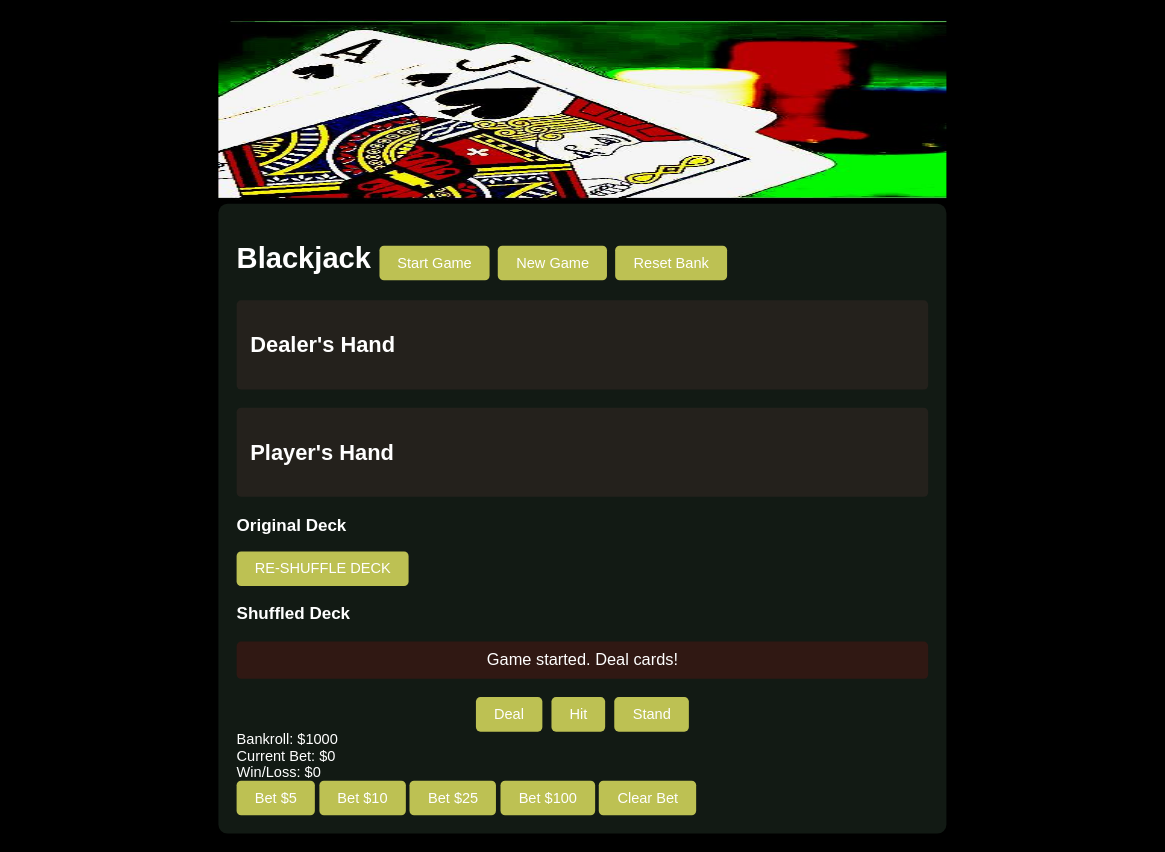
Repository: fahad7252/project-1-blackjack
Page: index.html
An editor plug-in stored every save of this project. The page is shown before and after the next save, followed by the edit.
The browser window is 1280 px wide. The pictures show the whole page, at 91% of full size.

Above is the page before, as saved 2024-12-02 16:43:53.
Console error: ReferenceError: handleDeal is not defined

### index.html
<!DOCTYPE html>
<html lang="en">
<head>
    <meta charset="UTF-8">
    <meta name="viewport" content="width=device-width, initial-scale=1.0">
    <title>Blackjack Game</title>
    <link rel="stylesheet" href="css/main.css" type="text/css">
    <link rel="stylesheet" href="css/cardstarter.css" type="text/css">
</head>
<body>
    <img src="blackjack.JPG"  class="landing-image">
    <div class="game-board">
        <h1>Blackjack <button id="start-button">Start Game</button>
             <button id="new-game-button">New Game</button>
             <button id="reset-bank-button">Reset Bank</button></h1>
         <div class="hand">
            <h2>Dealer's Hand</h2>
            <div id="dealer-hand"></div>
        </div>

        <div class="hand">
            <h2>Player's Hand</h2>
            <div id="player-hand"></div>
        </div>
        <h3>Original Deck</h3>
  <section id="original-deck-container" class="card-container"></section>
  <button>RE-SHUFFLE DECK</button>
  <h3>Shuffled Deck</h3>
  <section id="shuffled-deck-container" class="card-container">
  </section>
        <div id="message">Game started. Deal cards!</div>

        <div class="controls">
            <button id="deal-button">Deal</button>
            <button id="hit-button">Hit</button>
            <button id="stand-button">Stand</button>

        </div>
        <div class="bank-stats">
            <div>Bankroll: $<span id="bankroll">1000</span></div>
            <div>Current Bet: $<span id="current-bet">0</span></div>
            <div>Win/Loss: $<span id="win-loss">0</span></div>
        </div>

        <div class="betting-controls">
            <button id="bet-5">Bet $5</button>
            <button id="bet-10">Bet $10</button>
            <button id="bet-25">Bet $25</button>
            <button id="bet-100">Bet $100</button>
            <button id="clear-bet">Clear Bet</button>
        </div>
    </div>
    <div class="card09"></div>
    <script defer src="js/main.js"></script>
</body>
</html>

### css/main.css
body {
    font-family: Arial, sans-serif;
    max-width: 800px;
    margin: 0 auto;
    padding: 20px;
    background-color: #000000;
    color: white;
}
.landing-image { width: 100%;
     height: auto;
     max-height: 200px;
}
.game-board {
    background-color: #121a14;
    padding: 20px;
    border-radius: 10px;
    box-shadow: 0 0 10px rgba(0, 0, 0, 0.3);
    height: auto;
}
.hand {
    margin: 20px 0;
    padding: 15px;
    background-color: rgba(113, 62, 62, 0.2);
    border-radius: 5px;
}
.controls {
    display: flex;
    gap: 10px;
    justify-content: center;
    margin-top: 20px;
}
button {
    padding: 10px 20px;
    font-size: 16px;
    cursor: pointer;
    background-color: #bdc153;
    color: white;
    border: none;
    border-radius: 5px;
}
button:disabled {
    background-color: #cccccc;
    cursor: not-allowed;
}
#message {
    text-align: center;
    font-size: 18px;
    margin: 20px 0;
    padding: 10px;
    background-color: rgba(168, 17, 17, 0.2);
    border-radius: 5px;
}

### css/cardstarter.css
@charset "UTF-8";
.card {
  box-sizing: border-box;
  display: inline-block;
  margin: 5px 5px 50px 5px;
  cursor: pointer;
  /* Set the card's dimensions, and size it relative to
     it's font size. */
  font-size: inherit;
  width: 4.0em;
  height: 5.5em;
  /* Add a default background color and border. */
  background-color: #fff;
  border-radius: 0.20em;
  border: 1px solid #c3c3c3;
  /* Scale and set the background settings. */
  background-repeat: no-repeat;
  background-position: center center;
  background-size: contain;
  /* "Hide" any text within the element (use text to be
     simply compliant with screen readers, etc.). */
  text-indent: 100%;
  white-space: nowrap;
  overflow: hidden;
  /* Default sizes for cards (size based off the font). */
  /* Optional styles for cards: borderless and drop shadow. */
  /* Not a card, but a card-shaped outline to represent a
     droppable place, like an empty pile. */ }
  .card.small {
    font-size: 12px; }
  .card.large {
    font-size: 26px; }
  .card.xlarge {
    font-size: 42px; }
  .card.no-border {
    border: 0; }
  .card.shadow {
    box-shadow: 2px 2px 3px 0 rgba(41, 41, 41, 0.75); }
  .card.outline {
    background-image: none;
    background-color: rgba(195, 195, 195, 0.5);
    border: 0.15em dashed #daa520; }

.card.diamonds.A,
.card.dA,
.card.♦A {
  background-image: url("../images/diamonds/diamonds-A.svg"); }

.card.diamonds.K,
.card.dK,
.card.♦K {
  background-image: url("../images/diamonds/diamonds-K.svg"); }

.card.diamonds.Q,
.card.dQ,
.card.♦Q {
  background-image: url("../images/diamonds/diamonds-Q.svg"); }

.card.diamonds.J,
.card.dJ,
.card.♦J {
  background-image: url("../images/diamonds/diamonds-J.svg"); }

.card.diamonds.r10,
.card.d10,
.card.♦10 {
  background-image: url("../images/diamonds/diamonds-r10.svg"); }

.card.diamonds.r09,
.card.d09,
.card.♦09 {
  background-image: url("../images/diamonds/diamonds-r09.svg"); }

.card.diamonds.r08,
.card.d08,
.card.♦08 {
  background-image: url("../images/diamonds/diamonds-r08.svg"); }

.card.diamonds.r07,
.card.d07,
.card.♦07 {
  background-image: url("../images/diamonds/diamonds-r07.svg"); }

.card.diamonds.r06,
.card.d06,
.card.♦06 {
  background-image: url("../images/diamonds/diamonds-r06.svg"); }

.card.diamonds.r05,
.card.d05,
.card.♦05 {
  background-image: url("../images/diamonds/diamonds-r05.svg"); }

.card.diamonds.r04,
.card.d04,
.card.♦04 {
  background-image: url("../images/diamonds/diamonds-r04.svg"); }

.card.diamonds.r03,
.card.d03,
.card.♦03 {
  background-image: url("../images/diamonds/diamonds-r03.svg"); }

.card.diamonds.r02,
.card.d02,
.card.♦02 {
  background-image: url("../images/diamonds/diamonds-r02.svg"); }

.card.hearts.A,
.card.hA,
.card.♥A {
  background-image: url("../images/hearts/hearts-A.svg"); }

.card.hearts.K,
.card.hK,
.card.♥K {
  background-image: url("../images/hearts/hearts-K.svg"); }

.card.hearts.Q,
.card.hQ,
.card.♥Q {
  background-image: url("../images/hearts/hearts-Q.svg"); }

.card.hearts.J,
.card.hJ,
.card.♥J {
  background-image: url("../images/hearts/hearts-J.svg"); }

.card.hearts.r10,
.card.h10,
.card.♥10 {
  background-image: url("../images/hearts/hearts-r10.svg"); }

.card.hearts.r09,
.card.h09,
.card.♥09 {
  background-image: url("../images/hearts/hearts-r09.svg"); }

.card.hearts.r08,
.card.h08,
.card.♥08 {
  background-image: url("../images/hearts/hearts-r08.svg"); }

.card.hearts.r07,
.card.h07,
.card.♥07 {
  background-image: url("../images/hearts/hearts-r07.svg"); }

.card.hearts.r06,
.card.h06,
.card.♥06 {
  background-image: url("../images/hearts/hearts-r06.svg"); }

.card.hearts.r05,
.card.h05,
.card.♥05 {
  background-image: url("../images/hearts/hearts-r05.svg"); }

.card.hearts.r04,
.card.h04,
.card.♥04 {
  background-image: url("../images/hearts/hearts-r04.svg"); }

.card.hearts.r03,
.card.h03,
.card.♥03 {
  background-image: url("../images/hearts/hearts-r03.svg"); }

.card.hearts.r02,
.card.h02,
.card.♥02 {
  background-image: url("../images/hearts/hearts-r02.svg"); }

.card.spades.A,
.card.sA,
.card.♠A {
  background-image: url("../images/spades/spades-A.svg"); }

.card.spades.K,
.card.sK,
.card.♠K {
  background-image: url("../images/spades/spades-K.svg"); }

.card.spades.Q,
.card.sQ,
.card.♠Q {
  background-image: url("../images/spades/spades-Q.svg"); }

.card.spades.J,
.card.sJ,
.card.♠J {
  background-image: url("../images/spades/spades-J.svg"); }

.card.spades.r10,
.card.s10,
.card.♠10 {
  background-image: url("../images/spades/spades-r10.svg"); }

.card.spades.r09,
.card.s09,
.card.♠09 {
  background-image: url("../images/spades/spades-r09.svg"); }

.card.spades.r08,
.card.s08,
.card.♠08 {
  background-image: url("../images/spades/spades-r08.svg"); }

.card.spades.r07,
.card.s07,
.card.♠07 {
  background-image: url("../images/spades/spades-r07.svg"); }

.card.spades.r06,
.card.s06,
.card.♠06 {
  background-image: url("../images/spades/spades-r06.svg"); }

.card.spades.r05,
.card.s05,
.card.♠05 {
  background-image: url("../images/spades/spades-r05.svg"); }

.card.spades.r04,
.card.s04,
.card.♠04 {
  background-image: url("../images/spades/spades-r04.svg"); }

.card.spades.r03,
.card.s03,
.card.♠03 {
  background-image: url("../images/spades/spades-r03.svg"); }

.card.spades.r02,
.card.s02,
.card.♠02 {
  background-image: url("../images/spades/spades-r02.svg"); }

.card.clubs.A,
.card.cA,
.card.♣A {
  background-image: url("../images/clubs/clubs-A.svg"); }

.card.clubs.K,
.card.cK,
.card.♣K {
  background-image: url("../images/clubs/clubs-K.svg"); }

.card.clubs.Q,
.card.cQ,
.card.♣Q {
  background-image: url("../images/clubs/clubs-Q.svg"); }

.card.clubs.J,
.card.cJ,
.card.♣J {
  background-image: url("../images/clubs/clubs-J.svg"); }

.card.clubs.r10,
.card.c10,
.card.♣10 {
  background-image: url("../images/clubs/clubs-r10.svg"); }

.card.clubs.r09,
.card.c09,
.card.♣09 {
  background-image: url("../images/clubs/clubs-r09.svg"); }

.card.clubs.r08,
.card.c08,
.card.♣08 {
  background-image: url("../images/clubs/clubs-r08.svg"); }

.card.clubs.r07,
.card.c07,
.card.♣07 {
  background-image: url("../images/clubs/clubs-r07.svg"); }

.card.clubs.r06,
.card.c06,
.card.♣06 {
  background-image: url("../images/clubs/clubs-r06.svg"); }

.card.clubs.r05,
.card.c05,
.card.♣05 {
  background-image: url("../images/clubs/clubs-r05.svg"); }

.card.clubs.r04,
.card.c04,
.card.♣04 {
  background-image: url("../images/clubs/clubs-r04.svg"); }

.card.clubs.r03,
.card.c03,
.card.♣03 {
  background-image: url("../images/clubs/clubs-r03.svg"); }

.card.clubs.r02,
.card.c02,
.card.♣02 {
  background-image: url("../images/clubs/clubs-r02.svg"); }

.card.joker {
  background-image: url("../images/jokers/joker.svg"); }

.card.joker-black {
  background-image: url("../images/jokers/joker-black.svg"); }

.card.joker-red {
  background-image: url("../images/jokers/joker-red.svg"); }

.card.back {
  background-image: url("../images/backs/blue.svg"); }

.card.back-blue {
  background-image: url("../images/backs/blue.svg"); }

.card.back-red {
  background-image: url("../images/backs/red.svg"); }

.card.tot {
  background-image: url("../images/backs/tot.png");
}

/* Re-orients the cards for different directions. While
   they are symmetric, it's still important to orient
   them correctly in case text or other symbols are
   layered on them with CSS pseudo-selectors, new
   classes/rules, etc. */
.card.west,
.card.W {
  transform: rotate(90deg);
  margin: auto 0.75em; }
  .card.west.shadow,
  .card.W.shadow {
    box-shadow: 2px -2px 3px 0 rgba(41, 41, 41, 0.75); }

.card.north,
.card.N {
  transform: rotate(180deg); }
  .card.north.shadow,
  .card.N.shadow {
    box-shadow: -2px -2px 3px 0 rgba(41, 41, 41, 0.75); }

.card.east,
.card.E {
  transform: rotate(270deg);
  margin: auto 0.75em; }
  .card.east.shadow,
  .card.E.shadow {
    box-shadow: -2px 2px 3px 0 rgba(41, 41, 41, 0.75); }

### js/main.js
 /*----- constants -----*/
  const suits = ["Hearts", "Diamond", "Clubs", "Spades"];
  const values = ["2", "3", "4", "5", "6", "7", "8", "9", "10", "J", "Q", "K", "A"];

  /*----- state variables -----*/

   let deck = [];
   let playerHand = [];
   let dealerHand = [];
   let bankroll = 1000;
   let currentBet = 0;
   let winLoss = 0;

  /*----- cached elements  -----*/
const messageElement = document.getElementById('message');
const dealerHandElement = document.getElementById('dealer-hand');
const playerHandElement = document.getElementById('player-hand');
const bankrollElement = document.getElementById('bankroll');
const currentBetElement = document.getElementById('current-bet');
const winLossElement = document.getElementById('win-loss');

  /*----- event listeners -----*/
  document.addEventListener('DOMContentLoaded', init);
  document.getElementById('deal-button').addEventListener('click', handleDeal);
  document.getElementById('hit-button').addEventListener('click', handleHit);
  document.getElementById('stand-button').addEventListener('click', handleStand);
  document.getElementById('start-button').addEventListener('click', startGame);
  document.getElementById('new-game-button').addEventListener('click', newGame);
  document.getElementById('reset-bank-button').addEventListener('click', resetBank);

  /*----- functions -----*/
  function init() {

    createDeck();
    shuffleDeck();
    startGame();
    stakeMoney();
     playerHand = [];
      dealerHand = [];
       message.textContent = 'Game started. Deal cards!';

        updateHands();
        hitStand();
        winnerLoser();
        newGame();
        resetBank();
       render()
  }

After the next save:
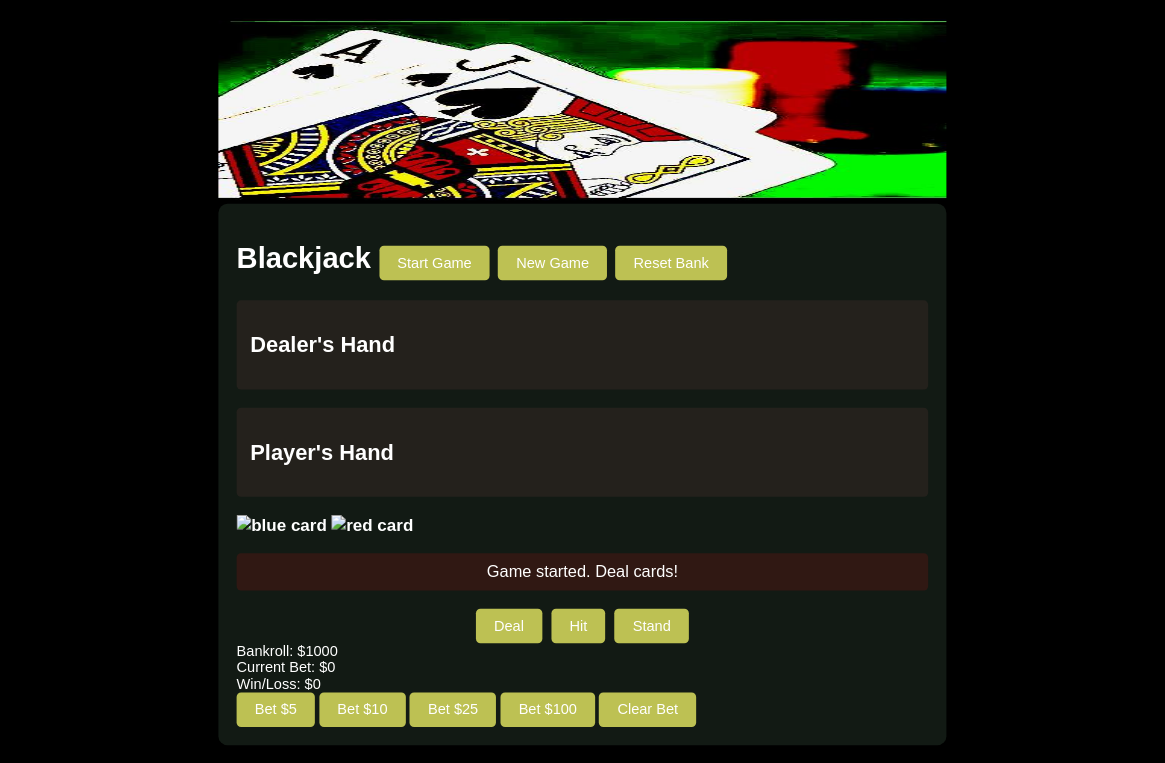
Not found: images/blue.svg
Not found: images/red.svg
Saved 6 min 28 s later.
--- a/index.html
+++ b/index.html
@@ -22,12 +22,10 @@
             <h2>Player's Hand</h2>
             <div id="player-hand"></div>
         </div>
-        <h3>Original Deck</h3>
-  <section id="original-deck-container" class="card-container"></section>
-  <button>RE-SHUFFLE DECK</button>
-  <h3>Shuffled Deck</h3>
-  <section id="shuffled-deck-container" class="card-container">
-  </section>
+        <h3><img src="/images/blue.svg" alt="blue card">
+            <img src="/images/red.svg" alt="red card">
+        </h3>
+
         <div id="message">Game started. Deal cards!</div>
 
         <div class="controls">

After the save that followed:
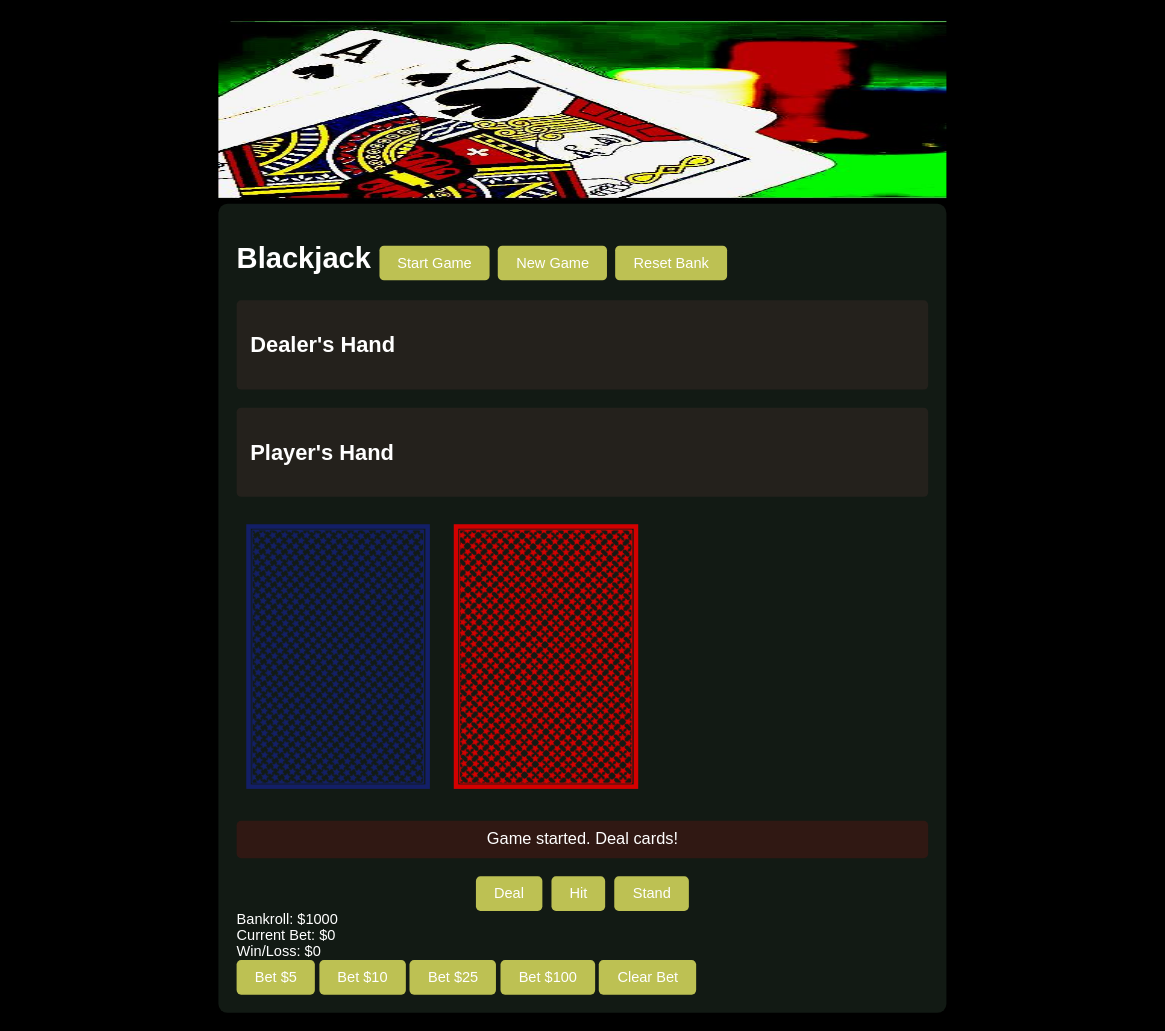
Saved 79 s later.
--- a/index.html
+++ b/index.html
@@ -22,8 +22,8 @@
             <h2>Player's Hand</h2>
             <div id="player-hand"></div>
         </div>
-        <h3><img src="/images/blue.svg" alt="blue card">
-            <img src="/images/red.svg" alt="red card">
+        <h3><img src="/images/backs/blue.svg" alt="blue card">
+            <img src="/images/backs/red.svg" alt="red card">
         </h3>
 
         <div id="message">Game started. Deal cards!</div>
